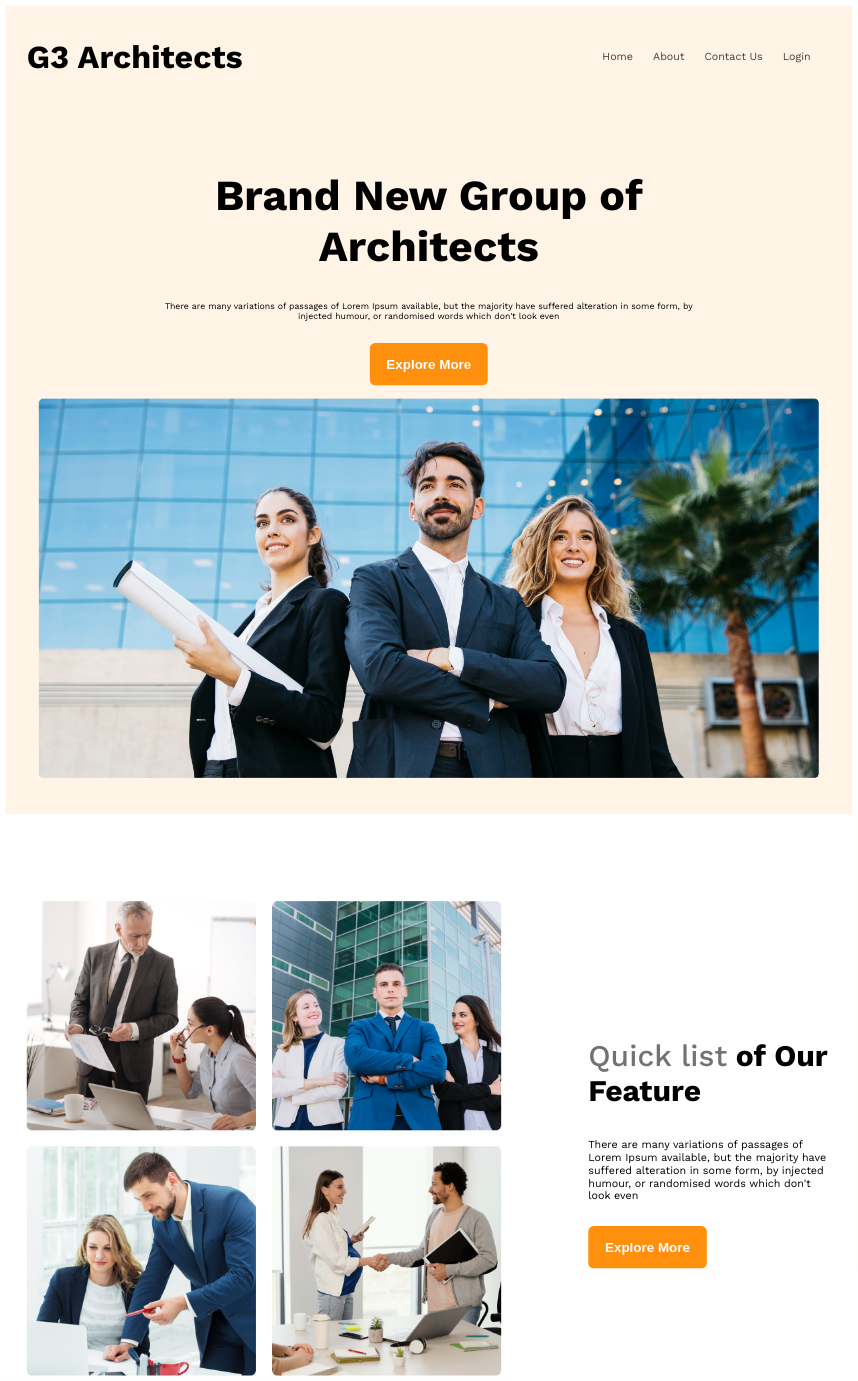
Repository: dollyrakhe22/g3-architects-website
Page: index.html
The author's editor kept a copy of each file at every save. The page is drawn from the files as they stood at one save, then again after the next save.
The browser window is 1280 px wide. The pictures show the whole page, at 67% of full size.

Above is the page before, as saved 2025-07-20 21:19:49.

### index.html
<!DOCTYPE html>
<html lang="en">
<head>
    <meta charset="UTF-8">
    <meta name="viewport" content="width=device-width, initial-scale=1.0">
    <title>Architects Website</title>
    <link rel="stylesheet" href="style.css">
</head>
<body class="work-sans-font">
   <header>
     <header class="bg-light">
           <nav class="navbar  display-flex">
             <h3 class="brand">G3 Architects</h3>
             <ul class="nav-links display-flex">
              <li class="nav-item"><a href="" class="nav-link text-gray ">Home</a></li>
              <li class="nav-item"><a href="" class="nav-link text-gray ">About</a></li>
              <li class="nav-item"><a href="" class="nav-link text-gray ">Contact Us</a></li>
              <li class="nav-item"><a href="" class="nav-link text-gray ">Login</a></li>
             </ul>
           </nav>
           <div class="banner">
          <div class="banner-content">
              <h1 class="banner-title">Brand New Group of Architects </h1>
              <p class="banner-description">There are many variations of passages of Lorem Ipsum available, but the majority have suffered alteration in some form, by injected humour,
              or randomised words which don't look even</p>
            <button class="btn-primary">Explore More</button>
          </div>
            <img class="banner-img" src="images/banner.png" alt="" srcset="">
           </div>
    </header>

   <main>
    <section class="teams display-flex">
      <div class="team-img-container">
      <img src="images/team1.png" alt="" srcset="">
      <img src="images/team2.png" alt="" srcset="">
      <img src="images/team3.png" alt="" srcset="">
      <img src="images/team4.png" alt="" srcset="">
      </div>
      <div class="our-features">
          <h3 class="feature-title"><span id="quick-list" class="text-light-gray">Quick list</span> of Our </span class ="feature">Feature</span></h3>
           <p class="feature-description">There are many variations of passages of Lorem Ipsum available, but the majority have suffered alteration in some form, by injected humour,
             or randomised words which don't look even</p>
             <button class="btn-primary">Explore More</button>
      </div>
    </section>

   </main>
    <footer>

    </footer>
</body>
</html>

### style.css
@import url('https://fonts.googleapis.com/css2?family=Work+Sans:ital,wght@0,100..900;1,100..900&display=swap');

.work-sans-font {
  font-family: "Work Sans", sans-serif;
  font-optical-sizing: auto;
  font-weight: 400px;
  font-style: normal;
}
/*shared styles*/
.display-flex{
  display: flex;
}
/*dark 02*/
.text-gray{
  color: #424242;
}
/*dark 03*/
.text-light-gray{
  color:#727272;
}
.navbar{
  justify-content: space-between;
  align-items: center;
}
.bg-light{
  background-color: rgba(255, 144, 14, 0.1);
}
.brand{
  font-weight: 700;
  font-size: 3rem;
}
/*header styles*/
/*main*/
main{
  max-width: 1200px;
  margin: 0 auto;
}
main> section{
  margin-top: 130px;
}
/*navbar related styles*/
.navbar{
  display: flex;
}
.nav-item{
  list-style: none;
  margin-right: 30px;
}
.nav-link{
  text-decoration: none;
  font-size: 500;
}
.navbar,.banner {
  max-width: 1200px;
  margin: 0 auto;

}


/*banner related styles*/
.banner-content{
  max-width: 800px;
  margin: 0 auto;
  text-align: center;
  margin-bottom: 20px;

}
.banner{
  padding: 50px;

}
.banner-img{
  width: 100%;
}
.banner-title{
  font-weight: 700;
  font-size: 4rem;
}
.banner-description{
  font-size: 13px;


}
.btn-primary{
  background-color: #FF900E;
  color: white;
  padding: 20px 25px;
  font-size: 1.25rem;
  font-weight: 600;
  border:none;
  border-radius: 8px;
  margin-top: 20px;
  margin-top: 20px;

}
/*team work and features style*/
.teams{
  align-items: center;
}
.team-img-container{
   display: grid;
  grid-template-columns: repeat(2, 1fr);
  gap: 24px;
}
.our-features{
  margin-left: 130px;
  max-width: 530px;
}
.feature-title{
  font-size: 2.8rem;
  font-weight: 700;
}
#quick-list{
  font-weight: 500;
}
.feature{
  color:#FF900E;
}

/*responsive media query*/
@media screen and (max-width: 576px){
  .navbar, .nav-link{
    flex-direction: column;
  }


}

After the next save:
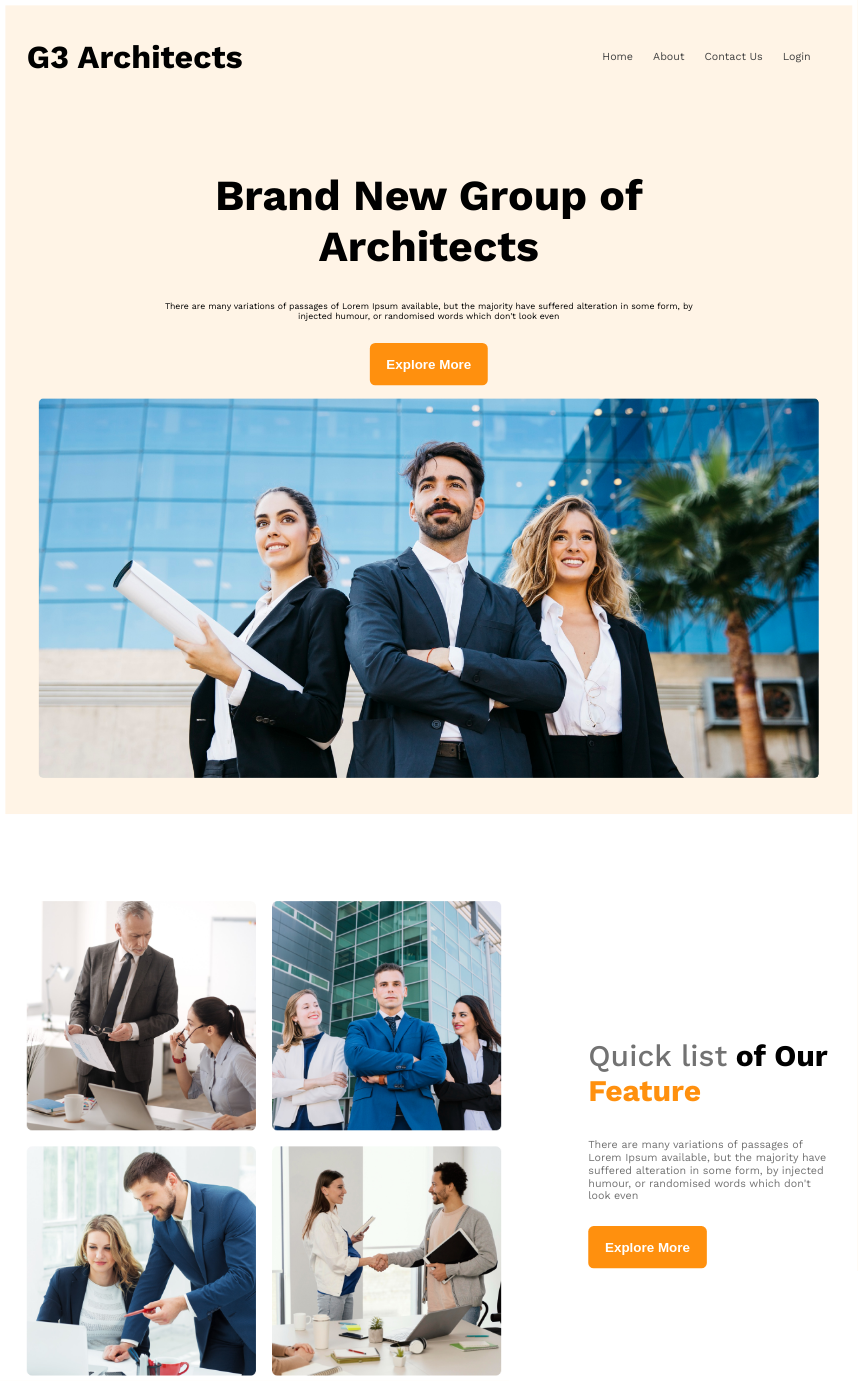
Saved 3 min 35 s later.
--- a/index.html
+++ b/index.html
@@ -38,8 +38,8 @@
       <img src="images/team4.png" alt="" srcset="">
       </div>
       <div class="our-features">
-          <h3 class="feature-title"><span id="quick-list" class="text-light-gray">Quick list</span> of Our </span class ="feature">Feature</span></h3>
-           <p class="feature-description">There are many variations of passages of Lorem Ipsum available, but the majority have suffered alteration in some form, by injected humour,
+          <h3 class="feature-title"><span id="quick-list" class="text-light-gray">Quick list</span> of Our <span class="text-primary">Feature</span></h3>
+           <p class="feature-description  text-light-gray">There are many variations of passages of Lorem Ipsum available, but the majority have suffered alteration in some form, by injected humour,
              or randomised words which don't look even</p>
              <button class="btn-primary">Explore More</button>
       </div>
--- a/style.css
+++ b/style.css
@@ -17,6 +17,9 @@
 /*dark 03*/
 .text-light-gray{
   color:#727272;
+}
+.text-primary{
+  color:#FF900E;
 }
 .navbar{
   justify-content: space-between;
